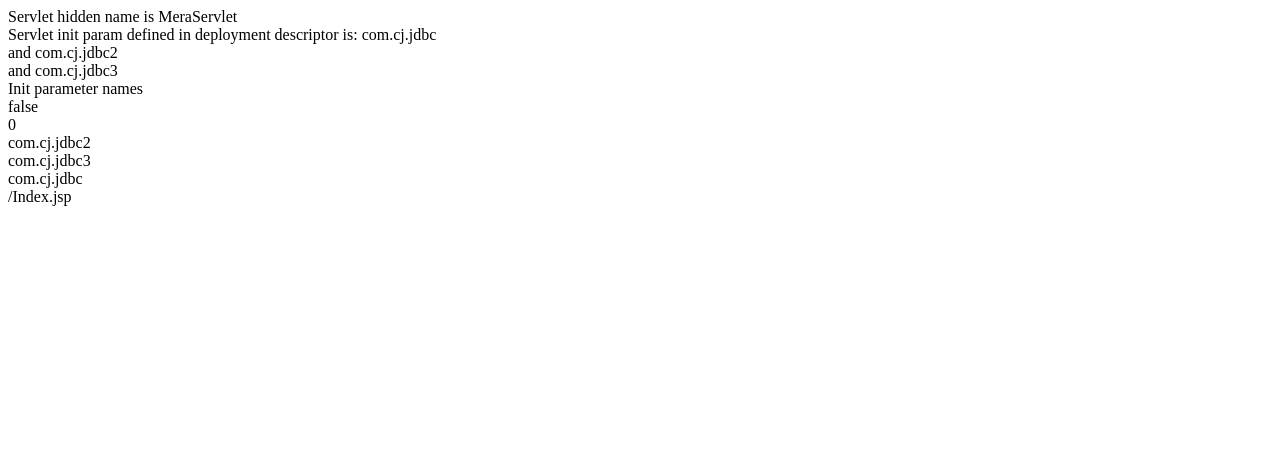
Repository: kamalsingh7290/ServletANDjsp
Page: http://localhost/JSP_Config/kamal
The author's editor kept a copy of each file at every save. The page is drawn from the files as they stood at one save, then again after the next save.
The browser window is 1280 px wide. The pictures show the whole page.
The page is served by Tomcat 9.

Above is the page before, as saved 2022-01-28 11:16:46.

### JSP_Config/src/main/webapp/Index.jsp
<%@page import="java.util.Collections"%>
<%@page import="java.util.Collection"%>
<%@page import="java.util.Enumeration"%>
<%@ page language="java" contentType="text/html; charset=ISO-8859-1"
    pageEncoding="ISO-8859-1"%>
<!DOCTYPE html>
<html>
<head>
<meta charset="ISO-8859-1">
<title>Insert title here</title>
</head>
<body>
Servlet hidden name is <%=config.getServletName() %><br>
Servlet init param defined in deployment descriptor is: <%=config.getInitParameter("Drivername") %><br>
and <%=config.getInitParameter("Drivername2") %><br> and <%=config.getInitParameter("Drivername3") %>
<%="<br>Init parameter names <br>" %>
<%Enumeration e=config.getInitParameterNames();%>
<%
while(e.hasMoreElements())
{
	String initparaname=(String)e.nextElement();
	String initvalues=config.getInitParameter(initparaname);
	out.print(initvalues+"<br>");
}

%>
</body>
</html>

After the next save:
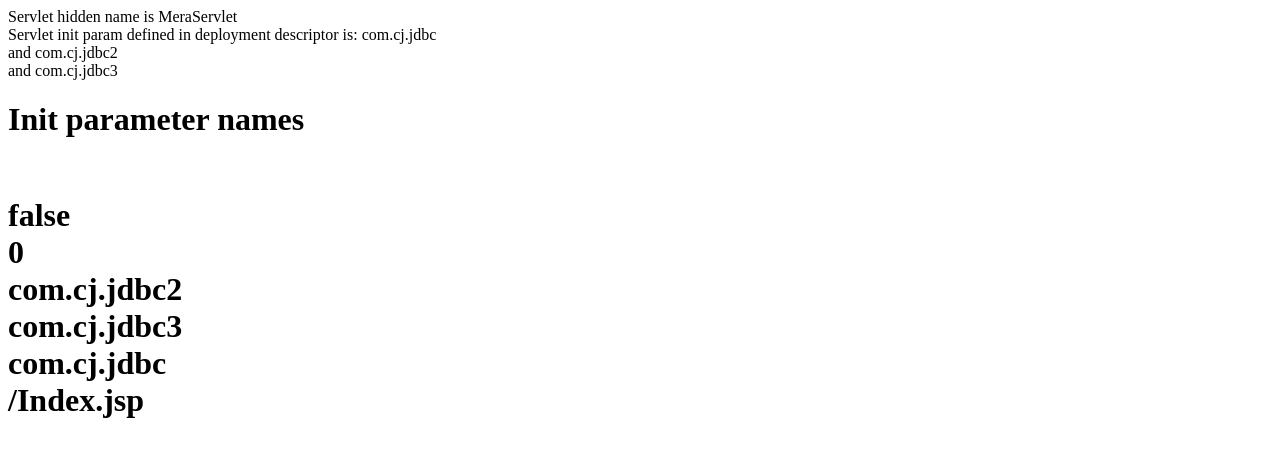
Saved 14 s later.
--- a/JSP_Config/src/main/webapp/Index.jsp
+++ b/JSP_Config/src/main/webapp/Index.jsp
@@ -13,7 +13,7 @@
 Servlet hidden name is <%=config.getServletName() %><br>
 Servlet init param defined in deployment descriptor is: <%=config.getInitParameter("Drivername") %><br>
 and <%=config.getInitParameter("Drivername2") %><br> and <%=config.getInitParameter("Drivername3") %>
-<%="<br>Init parameter names <br>" %>
+<%="<br><h1>Init parameter names <h1><br>" %>
 <%Enumeration e=config.getInitParameterNames();%>
 <%
 while(e.hasMoreElements())
